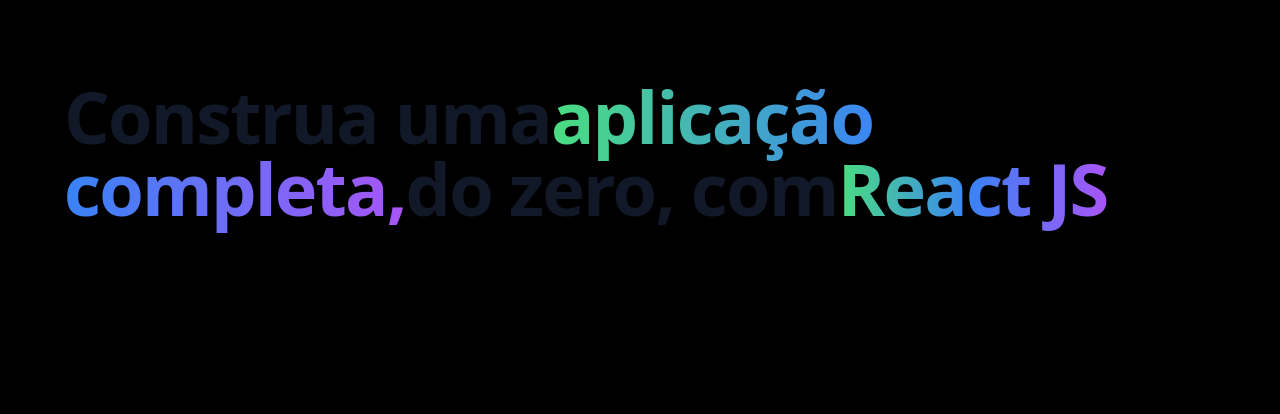
Repository: LuisSempre/Ignite-Lab---ReactJs-2022
Page: /
The author's editor kept a copy of each file at every save. The page is drawn from the files as they stood at one save, then again after the next save.
The browser window is 1280 px wide. The pictures show the whole page.
The project was rebuilt for these pictures with package versions that can differ from the ones it lists, and the page was loaded fresh each time. Also part of the build but not shown: vite.config.ts, components/Header.tsx, components/Lesson.tsx, components/Sidebar.tsx, pages/Event.tsx. Imported but missing from the stored project, and not drawn on this page: components/Video.

Above is the page before, as saved 2022-06-24 23:15:26.

### index.html
<!DOCTYPE html>
<html lang="en">
  <head>
    <meta charset="UTF-8" />
    <link rel="icon" type="image/svg+xml" href="/src/icon.png" />
    <meta name="viewport" content="width=device-width, initial-scale=1.0" />
    <title>Vite App</title>
  </head>
  <body>
    <div id="root"></div>
    <script type="module" src="/src/main.tsx"></script>
  </body>
</html>

### src/main.tsx
import React from 'react'
import ReactDOM from 'react-dom/client'
import App from './App'
import './index.css'

ReactDOM.createRoot(document.getElementById('root')!).render(
  <React.StrictMode>
      <App />
  </React.StrictMode>
)

### src/App.tsx
import { ApolloProvider, gql, useQuery } from "@apollo/client"
import { Router } from "../Router"
import { client } from '../lib/apollo'
import { BrowserRouter } from "react-router-dom"

function App() {
  return (
    <ApolloProvider client={client}>
      <BrowserRouter>
        <Router />
      </BrowserRouter>
    </ApolloProvider>
  )
}

export default App

### Router.tsx
import { Route, Routes } from "react-router-dom";
import { Event } from './pages/Event'
import { Subscribe } from './pages/Subscribe'
export function Router() {
    return(
      <Routes>
           <Route path="/" element={<Subscribe />}/>
           <Route path="/event" element={<Event />}/>
           <Route path="/event/lesson/:slug" element={<Event />}/>
      </Routes>
    )
}

### lib/apollo.ts
import { ApolloClient, InMemoryCache } from "@apollo/client";

export const client = new ApolloClient({
  uri: 'https://api-sa-east-1.graphcms.com/v2/cl4n4k5w68h3x01yra00r5rzf/master',
  cache: new InMemoryCache(),
})

### pages/Subscribe.tsx
export function Subscribe() {

    return (
        <div className='flex flex-col items-center min-h-screen'>
            <div className="flex items-center justify-between max-w-6xl mx-auto mt-20">
                <div>
                    <h1 className="mb-6 text-xl font-extrabold leading-none tracking-normal text-gray-900 md:text-7xl md:tracking-tight">
                        Construa uma
                        <span className="block w-full text-transparent bg-clip-text bg-gradient-to-r from-green-400 via-blue-500 to-purple-500 lg:inline">
                            aplicação completa,
                        </span>
                        do zero, com
                        <span className="block w-full text-transparent bg-clip-text bg-gradient-to-r from-green-400 via-blue-500 to-purple-500 lg:inline">
                            React JS
                        </span>
                    </h1>
                </div>
            </div>
        </div>
    )
}

Loaded but not shown: src/index.css (common file); tailwind.config.js (common file)

After the next save:
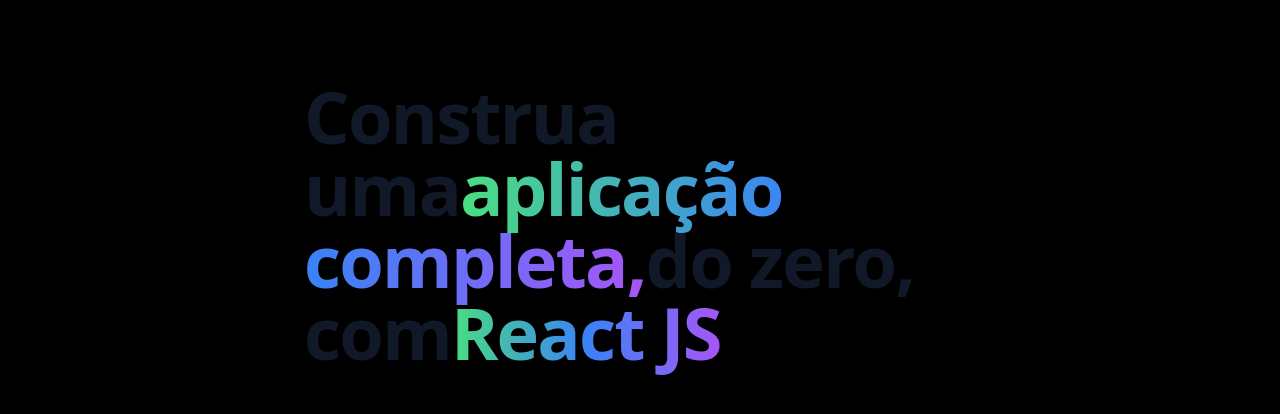
Saved 20 s later.
--- a/pages/Subscribe.tsx
+++ b/pages/Subscribe.tsx
@@ -3,7 +3,7 @@
     return (
         <div className='flex flex-col items-center min-h-screen'>
             <div className="flex items-center justify-between max-w-6xl mx-auto mt-20">
-                <div>
+                <div className="max-w-2xl">
                     <h1 className="mb-6 text-xl font-extrabold leading-none tracking-normal text-gray-900 md:text-7xl md:tracking-tight">
                         Construa uma
                         <span className="block w-full text-transparent bg-clip-text bg-gradient-to-r from-green-400 via-blue-500 to-purple-500 lg:inline">
